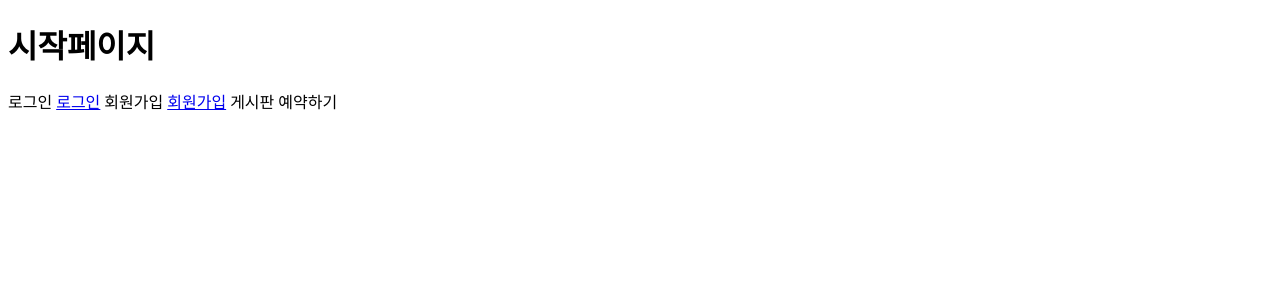
Repository: shinyunseok/portfolio1
Page: portfolio/src/main/resources/static/index.html
The author's editor kept a copy of each file at every save. The page is drawn from the files as they stood at one save, then again after the next save.
The browser window is 1280 px wide. The pictures show the whole page.

Above is the page before, as saved 2023-05-24 07:49:03.

### portfolio/src/main/resources/static/index.html
<!DOCTYPE html>
<html>
<head>
<meta charset="UTF-8">
<title>Index</title>
</head>
<body>
	<h1>시작페이지</h1>

	로그인 <a href="login.do">로그인</a>
	회원가입 <a href="insertUser.do">회원가입</a>
	게시판 <a></a>
	예약하기 <a></a>
</body>
</html>

After the next save:
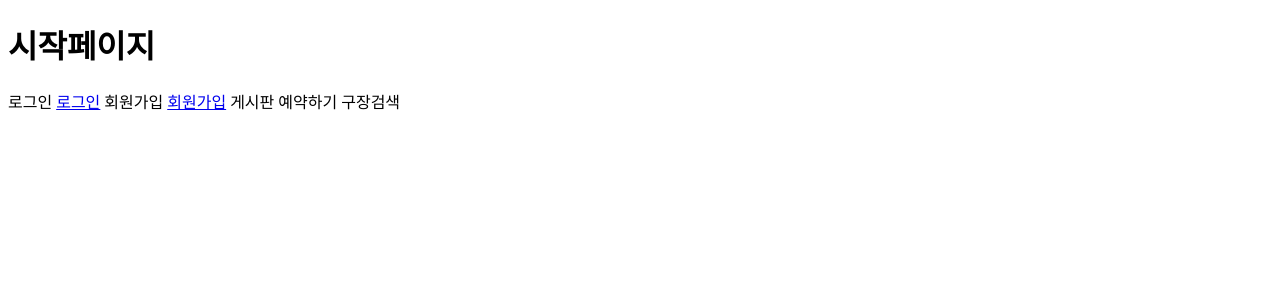
Saved 22 s later.
--- a/portfolio/src/main/resources/static/index.html
+++ b/portfolio/src/main/resources/static/index.html
@@ -11,5 +11,6 @@
 	회원가입 <a href="insertUser.do">회원가입</a>
 	게시판 <a></a>
 	예약하기 <a></a>
+	<a>구장검색</a>
 </body>
 </html>
